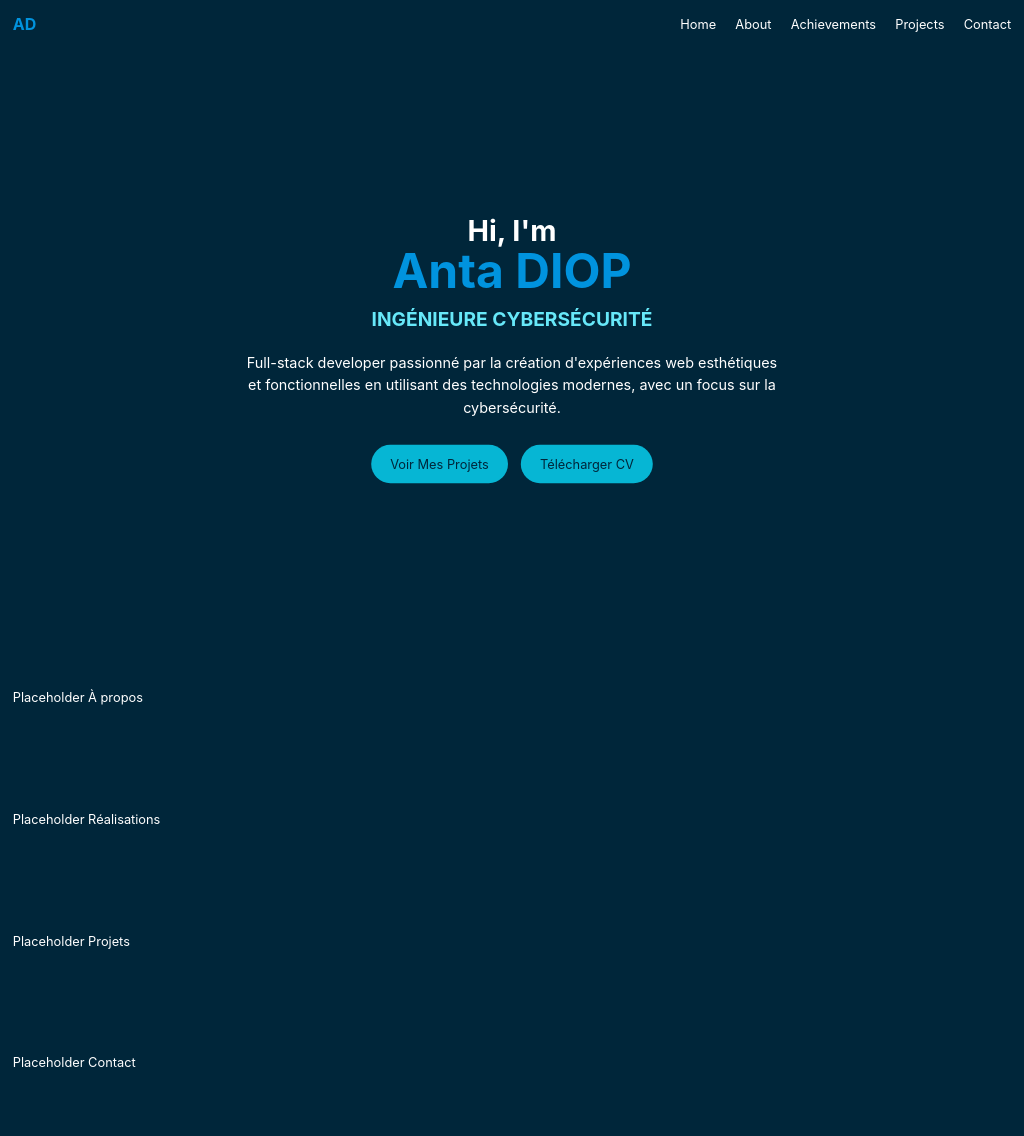
Repository: AntaaaKD/Mon-Portfolio
Page: /
The author's editor kept a copy of each file at every save. The page is drawn from the files as they stood at one save, then again after a run of saves.
The browser window is 1280 px wide. The pictures show the whole page, at 80% of full size.
The project was rebuilt for these pictures with package versions that can differ from the ones it lists, and the page was loaded fresh each time.

Above is the page before, as saved 2026-01-14 18:36:30.

### src/App.js
import React from 'react';
import Navbar from './components/Navbar';
import Home from './components/Home';  // Ajoute cet import

function App() {
  return (
    <div className="min-h-screen bg-custom-blue text-white">
      <Navbar />
      <main className="container mx-auto p-4">
        <Home />  {/* Remplace le placeholder */}
        <section id="about" className="py-16">Placeholder À propos</section>
        <section id="achievements" className="py-16">Placeholder Réalisations</section>
        <section id="projects" className="py-16">Placeholder Projets</section>
        <section id="contact" className="py-16">Placeholder Contact</section>
      </main>
    </div>
  );
}

export default App;

### src/components/Navbar.jsx
import React, { useState, useEffect } from 'react';

const Navbar = () => {
  const [scrolled, setScrolled] = useState(false);

  useEffect(() => {
    const handleScroll = () => {
      if (window.scrollY > 50) {
        setScrolled(true);
      } else {
        setScrolled(false);
      }
    };

    window.addEventListener('scroll', handleScroll);
    return () => window.removeEventListener('scroll', handleScroll);
  }, []);

  return (
    <nav
        className={`p-4 sticky top-0 z-10 transition-all duration-300 ${
            scrolled
            ? 'bg-custom-blue bg-opacity-0 backdrop-blur-md'  // Semi-transparent (30%) + blur fort
            : 'bg-custom-blue'  // Bleu solide au top
        }`}
    >
        <div className="container mx-auto flex justify-between items-center">
            <h1 className="text-xl font-bold text-blue-text">AD</h1>
            <ul className="flex space-x-6 text-white">
            <li><a href="#home" className="hover:text-cyan-300">Home</a></li>
            <li><a href="#about" className="hover:text-cyan-300">About</a></li>
            <li><a href="#achievements" className="hover:text-cyan-300">Achievements</a></li>
            <li><a href="#projects" className="hover:text-cyan-300">Projects</a></li>
            <li><a href="#contact" className="hover:text-cyan-300">Contact</a></li>
            </ul>
        </div>
    </nav>
  );
};

export default Navbar;

### src/components/Home.jsx
import React from 'react';

const Home = () => {
  return (
    <section id="home" className="flex flex-col items-center justify-center h-screen text-center px-4">
      <h1 className="text-4xl font-bold"> Hi, I'm</h1><h1 className="text-6xl font-bold text-blue-text mb-4">Anta DIOP</h1>
      <h2 className="text-2xl font-bold text-cyan-300 mb-6">INGÉNIEURE CYBERSÉCURITÉ</h2>
      <p className="text-lg mb-8 max-w-2xl">Full-stack developer passionné par la création d'expériences web esthétiques et fonctionnelles en utilisant des technologies modernes, avec un focus sur la cybersécurité.</p>
      <div className="flex space-x-4">
        <a href="#projects" className="bg-cyan-500 text-custom-blue px-6 py-3 rounded-full hover:bg-cyan-400 transition">Voir Mes Projets</a>
        <a href="/cv.pdf" download className="bg-cyan-500 text-custom-blue px-6 py-3 rounded-full hover:bg-cyan-400 transition">Télécharger CV</a>
      </div>
    </section>
  );
};

export default Home;

### tailwind.config.js
/** @type {import('tailwindcss').Config} */
module.exports = {
  content: [
    "./src/**/*.{js,jsx,ts,tsx}",
  ],
  theme: {
    extend: {
      colors: {
        'custom-blue': 'rgb(0, 38, 58)',  // Ton bleu exact ici
        'blue-text': 'rgb(0, 147, 222)',
      },
    },
  },
  plugins: [],
};

Loaded but not shown: public/index.html (common file); src/index.js (common file); src/index.css (common file); src/reportWebVitals.js (common file)

After the next 3 saves:
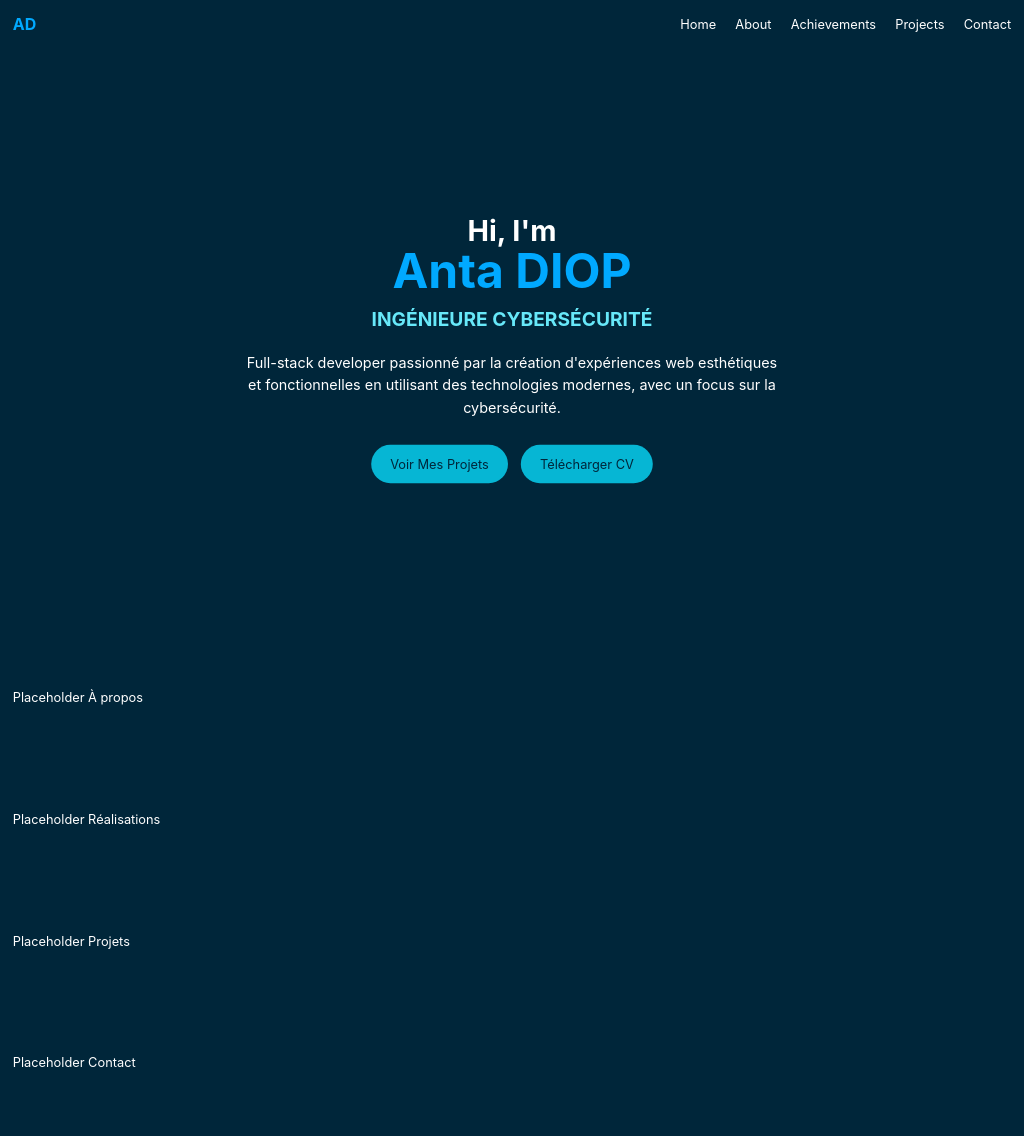
The 3 saves are shown as one change because they came seconds apart.
The last was saved 32 s later.
--- a/tailwind.config.js
+++ b/tailwind.config.js
@@ -7,7 +7,7 @@ module.exports = {
     extend: {
       colors: {
         'custom-blue': 'rgb(0, 38, 58)',  // Ton bleu exact ici
-        'blue-text': 'rgb(0, 147, 222)',
+        'blue-text': 'rgb(0, 169, 255)',
       },
     },
   },
